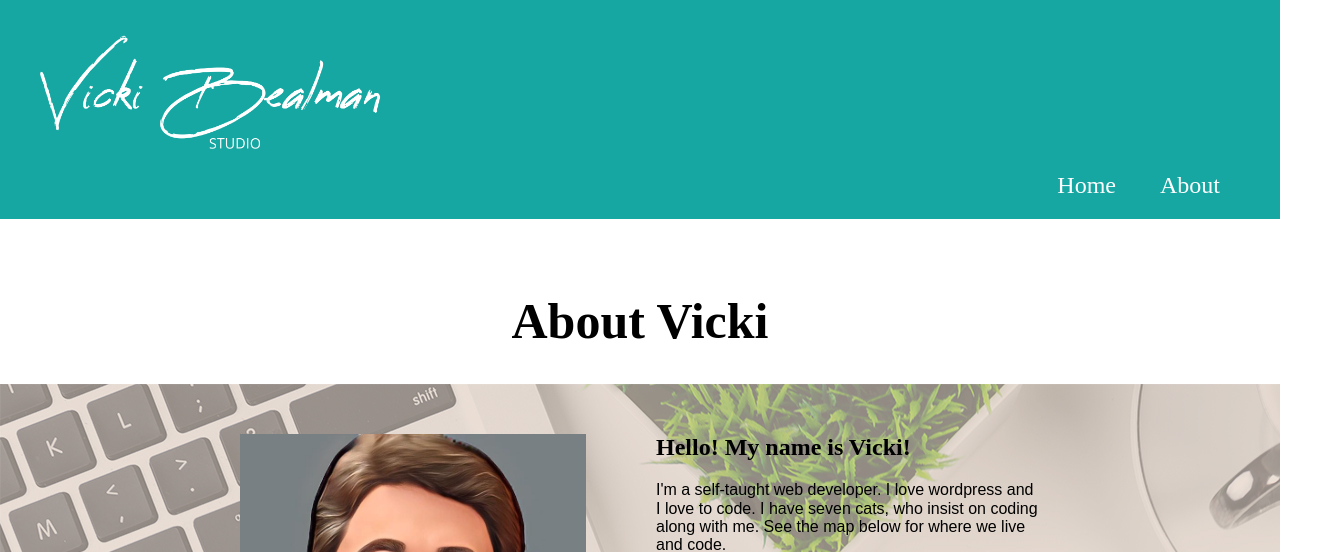
Repository: DrVicki/master
Page: about.html
These files come from the project's save history. The page is drawn as it stood at one moment and after a run of saves; the edit follows.
The browser window is 1280 px wide. The page is 1280 px wide, then 1320 px, so the pictures cover 1320 px, including what lies to the right of the window. The pictures show the part of the page from y = 0 to 552 px (the page is 1257 px tall before and 1421 px after).
Pictures or frames that could not be fetched are drawn as grey boxes.

Above is the page before, as saved 2022-06-13 09:16:15.

After the next 2 saves:
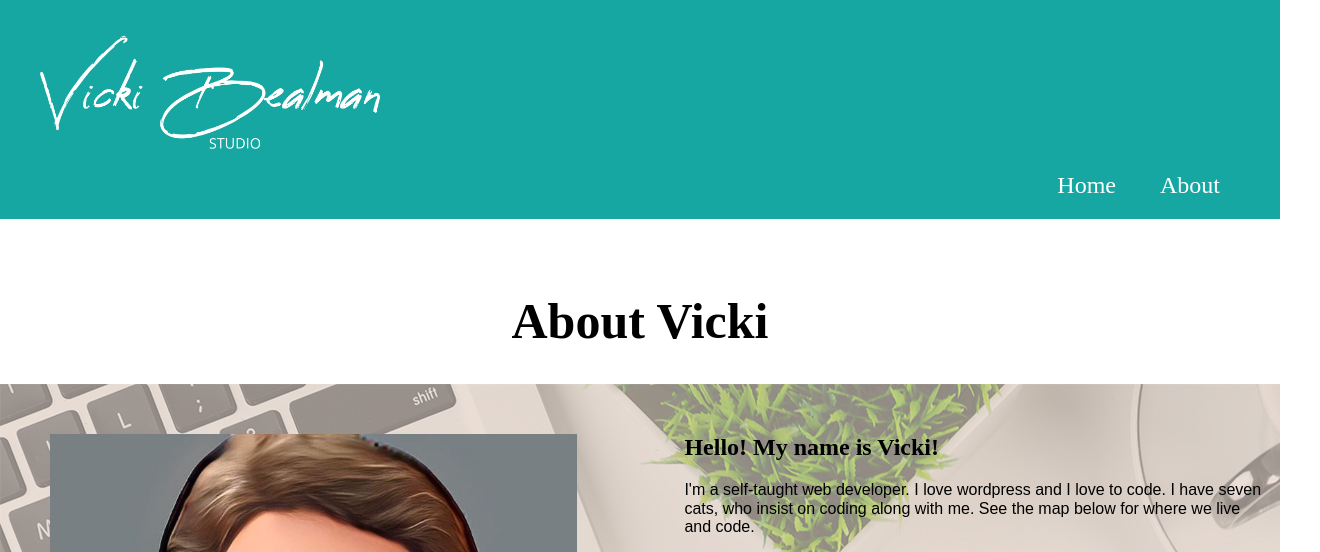
The 2 saves are shown as one change because they came seconds apart.
The last was saved 48 s later.
--- a/styles/style.css
+++ b/styles/style.css
@@ -50,7 +50,7 @@
 }
 
 .wrap {
-    width: 800px;
+    width: 100%;
     padding: 20px;
     margin: 0 auto;
 }
